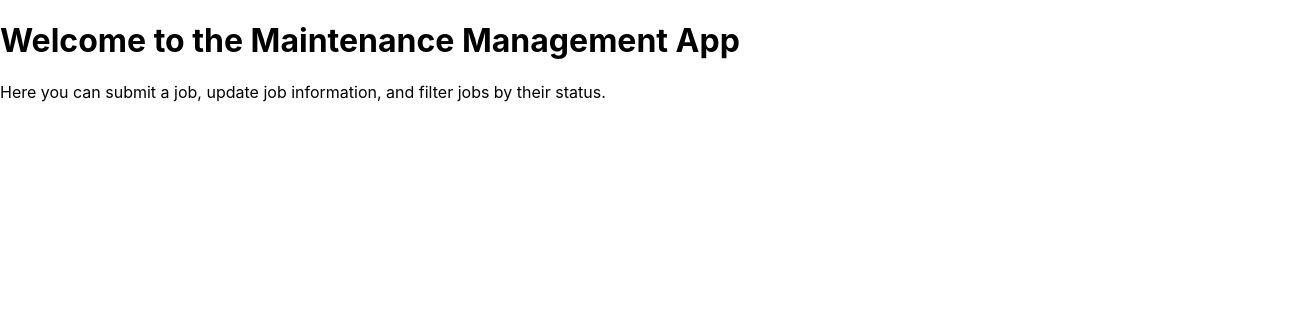
Repository: mikasteyn999/Maintenance-Manager-App
Page: / (app in frontend/)
An editor plug-in stored every save of this project. The page is shown before and after the next save, followed by the edit.
The browser window is 1280 px wide. The page is 1280 px wide, then 1302 px, so the pictures cover 1302 px, including what lies to the right of the window. The pictures show the whole page.
The page's requests for data from a server got no answer. The project was rebuilt for these pictures with package versions that can differ from the ones it lists, and the page was loaded fresh each time. No one was signed in, and anything a server would have sent is missing. Also part of the build but not shown: frontend/src/style/Job.css, frontend/src/components/Job.js.

Above is the page before, as saved 2023-06-01 09:34:27.

### frontend/src/App.js
// Import necessary libraries and components
import React from 'react';
import Router from './Router';

// Define the App component
// This component uses the Router component to handle routing
const App = () => {
  return (
    <div className="app">
      <h1 className="app-title">Welcome to the Maintenance Management App</h1> {/* Welcome title */}
      <p className="app-instructions">Here you can submit a job, update job information, and filter jobs by their status.</p> {/* Instructions */}
      <Router /> {/* Use Router component for handling routes */}
    </div>
  );
}

// Export the App component
export default App;

### frontend/src/Router.js
// Import react & components
import React from 'react';
import { BrowserRouter as Router, Route, Routes } from 'react-router-dom';
import JobForm from './components/JobForm';
import JobsList from './components/JobsList';

// Define the Router component. This component will define the routes for the React app.
// Using the BrowserRouter and Route components from react-router-dom.
// The JobsList component is displayed when the path is exactly "/".
// The JobForm component is displayed when the path is "/submit".
const AppRouter = () => {
    return (
      <Router>
        <Routes>
          <Route path="/" element={<JobsList />} />
          <Route path="/submit" element={<JobForm />} />
        </Routes>
      </Router>
    );
  };

  export default AppRouter;

### frontend/src/components/JobsList.js
//Import react & job component
import React, { useEffect, useState } from 'react';
import Job from './Job';
import '../style/JobsList.css';

// Define the JobsList component. This component will fetch a list of jobs from the server and display each one using the Job component.
// The component has a local state, jobs, which is an array of jobs.
// The useEffect hook is used to fetch the jobs when the component is first rendered.
// The fetchJobs function makes a GET request to the /jobs route to fetch the list of jobs.
// Each job is then displayed using the Job component.
const JobsList = () => {
    const [jobs, setJobs] = useState([]);

    useEffect(() => {
      const fetchJobs = async () => {
        const response = await fetch('http://localhost:5000/api/jobs');
        const data = await response.json();
        setJobs(data);
      };
      fetchJobs();
    }, []);

    return (
      <div className="jobs-list">
        {jobs.map((job) => (
          <Job key={job._id} job={job} />
        ))}
      </div>
    );
  };

  export default JobsList;

### frontend/src/style/JobsList.css
.jobs-list {
    max-width: 600px;
    margin: 0 auto;
    padding: 20px;
}

### frontend/src/components/Home.js
// Import necessary components
import React from 'react';
import JobForm from './JobForm';
import JobsList from './JobsList';

// Define the Home component
// This component contains the job submission form and job listings
const Home = () => {
  return (
    <div className="home">
      <JobForm /> {/* Job submission form */}
      <JobsList /> {/* Job listings */}
    </div>
  );
}

// Export the Home component
export default Home;

### frontend/src/components/JobForm.js
// Import React
import React, { useState } from 'react';
import '../style/JobForm.css'; // Import the CSS

// Define the JobForm component. This component will contain a form that allows users to submit a new job.
// The component has a local state, job, which is updated every time the user types in one of the form inputs.
// The handleChange function updates the job state.
// The handleSubmit function makes a POST request to the /jobs route to submit the new job.
const JobForm = () => {
    const [job, setJob] = useState({ description: '', location: '', priority: '' });

    const handleChange = (e) => {
      setJob({ ...job, [e.target.name]: e.target.value });
    };

    const handleSubmit = async (e) => {
      e.preventDefault();
      const response = await fetch('/jobs', {
        method: 'POST',
        headers: {
          'Content-Type': 'application/json',
        },
        body: JSON.stringify(job),
      });
      const data = await response.json();
      console.log(data);
    };

    return (
      <form className="job-form" onSubmit={handleSubmit}>
        <input type="text" name="description" value={job.description} onChange={handleChange} placeholder="Description" />
        <input type="text" name="location" value={job.location} onChange={handleChange} placeholder="Location" />
        <input type="text" name="priority" value={job.priority} onChange={handleChange} placeholder="Priority" />
        <button type="submit">Submit</button>
      </form>
    );
  };

  export default JobForm;

### frontend/src/style/JobForm.css
.job-form {
    margin-bottom: 20px;
}

.job-form input {
    display: block;
    width: 100%;
    padding: 10px;
    margin-bottom: 10px;
    border: 1px solid #ced4da;
    border-radius: 5px;
}

.job-form button {
    padding: 10px 20px;
    border: none;
    border-radius: 5px;
    background-color: #6c757d;
    color: #fff;
    cursor: pointer;
}

Loaded but not shown: frontend/public/index.html (common file); frontend/src/index.js (common file); frontend/src/index.css (common file); frontend/src/reportWebVitals.js (common file)

After the next save:
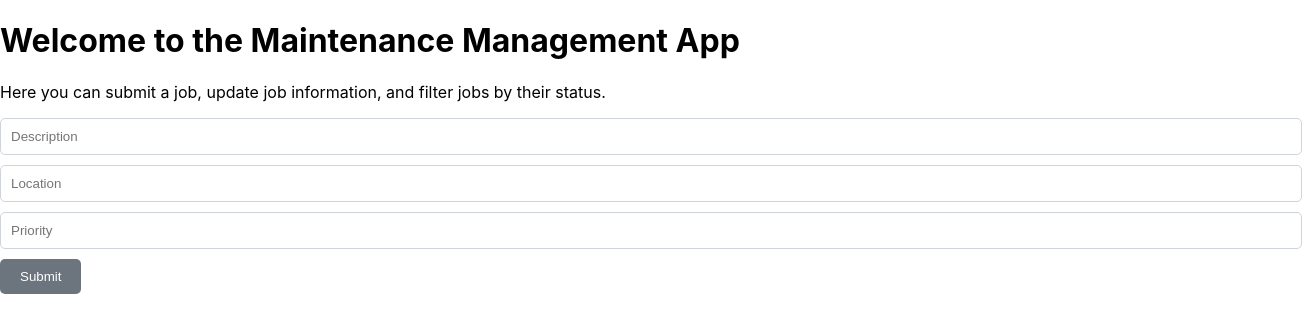
Saved 25 s later.
--- a/frontend/src/Router.js
+++ b/frontend/src/Router.js
@@ -1,22 +1,26 @@
-// Import react & components
+// Import necessary libraries and components
 import React from 'react';
 import { BrowserRouter as Router, Route, Routes } from 'react-router-dom';
+import Home from './components/Home';
 import JobForm from './components/JobForm';
 import JobsList from './components/JobsList';
 
-// Define the Router component. This component will define the routes for the React app.
-// Using the BrowserRouter and Route components from react-router-dom.
-// The JobsList component is displayed when the path is exactly "/".
-// The JobForm component is displayed when the path is "/submit".
+// Define the Router component
+// This component defines the routes for the React app
+// The Home component (which contains both the JobForm and JobsList components) is displayed when the path is exactly "/"
+// The JobForm component is displayed when the path is "/submit"
+// The JobsList component is displayed when the path is "/jobs"
 const AppRouter = () => {
     return (
-      <Router>
-        <Routes>
-          <Route path="/" element={<JobsList />} />
-          <Route path="/submit" element={<JobForm />} />
-        </Routes>
-      </Router>
+        <Router>
+            <Routes>
+                <Route path="/" element={<Home />} /> {/* Home route */}
+                <Route path="/submit" element={<JobForm />} /> {/* Job submission route */}
+                <Route path="/jobs" element={<JobsList />} /> {/* Jobs listing route */}
+            </Routes>
+        </Router>
     );
-  };
+};
 
-  export default AppRouter;
+// Export the Router component
+export default AppRouter;
